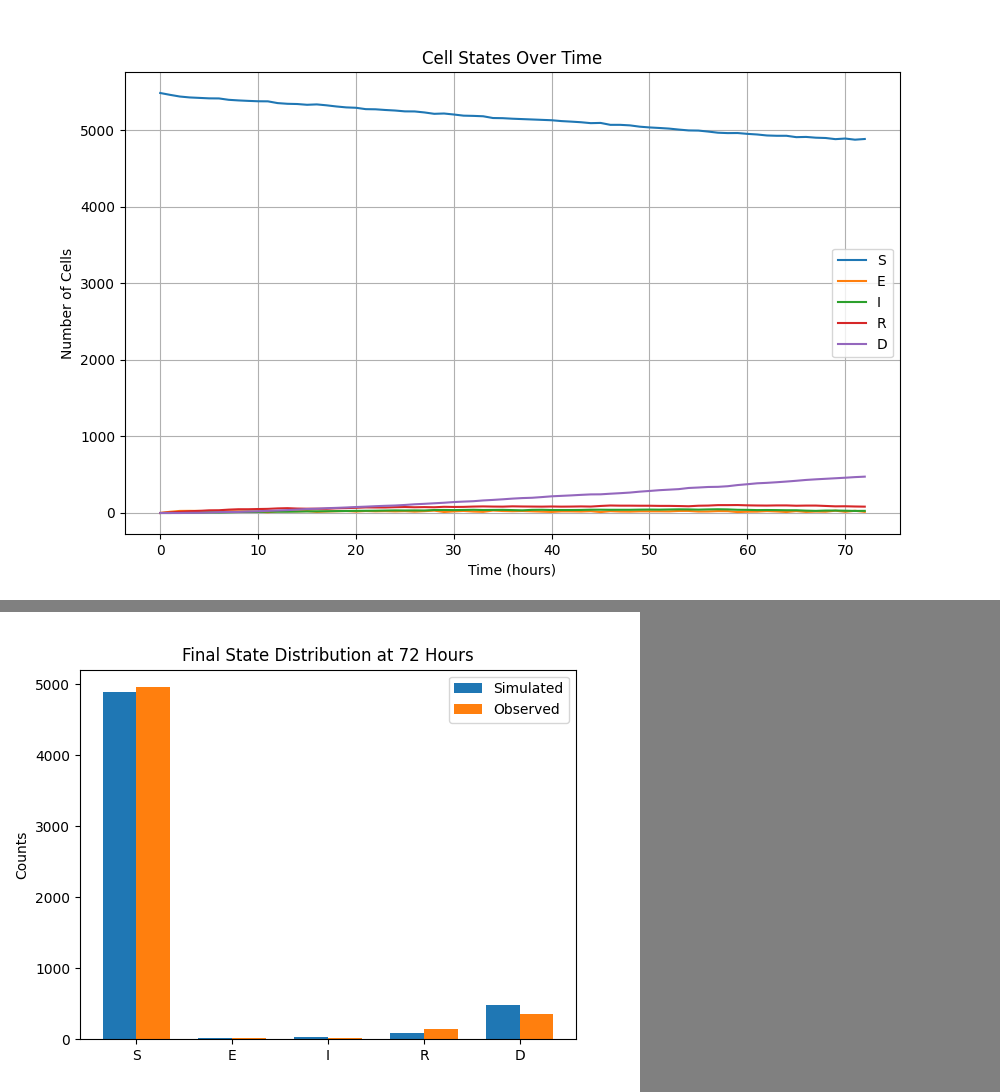
Repository: katherinewxu/iGEM_modeling
Script's output: python fshdmarkov.py
An editor plug-in stored every save of this project. The script's output is shown before and after a run of saves, followed by the edit.
Each picture stacks the figures in order, with grey between them; figures that are only written to a file come last. Random numbers start from a fixed seed.

Above is the script's output before, as saved 2024-08-16 07:52:41.

### fshdmarkov.py
import numpy as np
import matplotlib.pyplot as plt

# Initial and observed state distributions
initial_state_distribution = {"S": 5488, "E": 0, "I": 0, "R": 0, "D": 0}
observed_state_distribution_3days = {"S": 4956, "E": 14, "I": 13, "R": 150, "D": 355}

# Function to create transition probability matrix from rates
def create_transition_matrix(Δ, Dr, VD, d0, VT, TD):
    transition_probabilities_hourly = {
        "S": np.array([1 - (VD + Δ), VD, 0, Δ, 0]),
        "E": np.array([d0, 1 - (d0 + VT * TD + Δ), VT * TD + Δ, 0, 0]),
        "I": np.array([0, 0, 1 - (VD + Dr), 0, Dr]),
        "R": np.array([0, 0, VD, 1 - (VD + Dr), Dr]),
        "D": np.array([0, 0, 0, 0, 1.0])
    }
    return transition_probabilities_hourly

# Normalize non-zero probabilities
def normalize_probabilities(transition_probabilities):
    for key in transition_probabilities:
        total = transition_probabilities[key].sum()
        if total > 0:
            transition_probabilities[key] /= total  # Ensuring probabilities sum to 1
        else:
            transition_probabilities[key] = np.zeros_like(transition_probabilities[key])
    return transition_probabilities

# Function to check for invalid probabilities
def check_valid_probabilities(transition_probabilities):
    for state, probs in transition_probabilities.items():
        if not np.all(np.isfinite(probs)) or np.any(probs < 0) or np.any(probs > 1):
            print(f"Invalid probabilities detected for state {state}: {probs}")
            return False
    return True

# Function to simulate Markov model over time
def simulate_markov_model(transition_probabilities, initial_state_distribution, time_steps):
    state_distribution = initial_state_distribution.copy()
    states = list(initial_state_distribution.keys())
    history = [state_distribution.copy()]

    for _ in range(time_steps):
        new_distribution = {state: 0 for state in states}
        for state, count in state_distribution.items():
            if count > 0:
                probs = transition_probabilities[state]
                transitions = np.random.multinomial(count, probs)
                for i, next_state in enumerate(states):
                    new_distribution[next_state] += transitions[i]
        state_distribution = new_distribution.copy()
        history.append(state_distribution.copy())

    return history

# Sum of squared residuals (SSR) function
def SSR_Score(predicted_distribution, observed_distribution):
    score = sum((predicted_distribution[state] - observed_distribution[state]) ** 2 for state in predicted_distribution)
    return score

# Bayesian Optimization
def bayesian_optimization(transition_probabilities_func, initial_state_distribution, observed_distribution, iterations=10000):
    best_params = None
    best_score = float('inf')

    for _ in range(iterations):
        # Sample parameters randomly within some range
        Δ = np.random.uniform(0.001, 0.1)
        Dr = np.random.uniform(0.01, 0.1)
        VD = np.random.uniform(0.001, 0.01)
        d0 = np.random.uniform(0.1, 1.0)
        VT = np.random.uniform(1.0, 10.0)
        TD = np.random.uniform(0.01, 0.1)

        # Generate transition probabilities from sampled parameters
        transition_probabilities = transition_probabilities_func(Δ, Dr, VD, d0, VT, TD)
        transition_probabilities = normalize_probabilities(transition_probabilities)

        # Check if the transition probabilities are valid
        if not check_valid_probabilities(transition_probabilities):
            continue  # Skip this iteration if invalid probabilities are found

        # Simulate the model
        simulation_history = simulate_markov_model(transition_probabilities, initial_state_distribution, 72)  # 72 hours = 3 days
        final_distribution = simulation_history[-1]

        # Calculate score
        score = SSR_Score(final_distribution, observed_distribution)
        if score < best_score:
            best_score = score
            best_params = (Δ, Dr, VD, d0, VT, TD)

    return best_params

# Optimize the transition parameters using Bayesian Optimization
optimized_params = bayesian_optimization(create_transition_matrix, initial_state_distribution, observed_state_distribution_3days)

# Generate the optimized transition probabilities
optimized_transition_probabilities = create_transition_matrix(*optimized_params)
optimized_transition_probabilities = normalize_probabilities(optimized_transition_probabilities)

# Simulate the Markov model with optimized parameters
simulation_history = simulate_markov_model(optimized_transition_probabilities, initial_state_distribution, 72)

print("Optimized Parameters:")
print(f"Δ: {optimized_params[0]}")
print(f"Dr: {optimized_params[1]}")
print(f"VD: {optimized_params[2]}")
print(f"d0: {optimized_params[3]}")
print(f"VT: {optimized_params[4]}")
print(f"TD: {optimized_params[5]}")

# Plot the cell states over time
time_points = range(len(simulation_history))
states = list(simulation_history[0].keys())

plt.figure(figsize=(10, 6))

for state in states:
    state_counts = [distribution[state] for distribution in simulation_history]
    plt.plot(time_points, state_counts, label=state)

plt.xlabel('Time (hours)')
plt.ylabel('Number of Cells')
plt.title('Cell States Over Time')
plt.legend()
plt.grid(True)
plt.show()

# Validate the final state distribution with observed data at 72 hours (3 days)
final_distribution = simulation_history[-1]
observed_distribution = observed_state_distribution_3days

print("\nFinal simulated distribution vs. observed distribution (72 hours):")
for state in final_distribution:
    print(f"{state}: Simulated={final_distribution[state]}, Observed={observed_distribution[state]}")

# Plot the final distributions for comparison
states = list(final_distribution.keys())
simulated_counts = [final_distribution[state] for state in states]
observed_counts = [observed_distribution[state] for state in states]

x = np.arange(len(states))
width = 0.35

fig, ax = plt.subplots()
bars1 = ax.bar(x - width/2, simulated_counts, width, label='Simulated')
bars2 = ax.bar(x + width/2, observed_counts, width, label='Observed')

ax.set_ylabel('Counts')
ax.set_title('Final State Distribution at 72 Hours')
ax.set_xticks(x)
ax.set_xticklabels(states)
ax.legend()

plt.show()

After the next 2 saves:
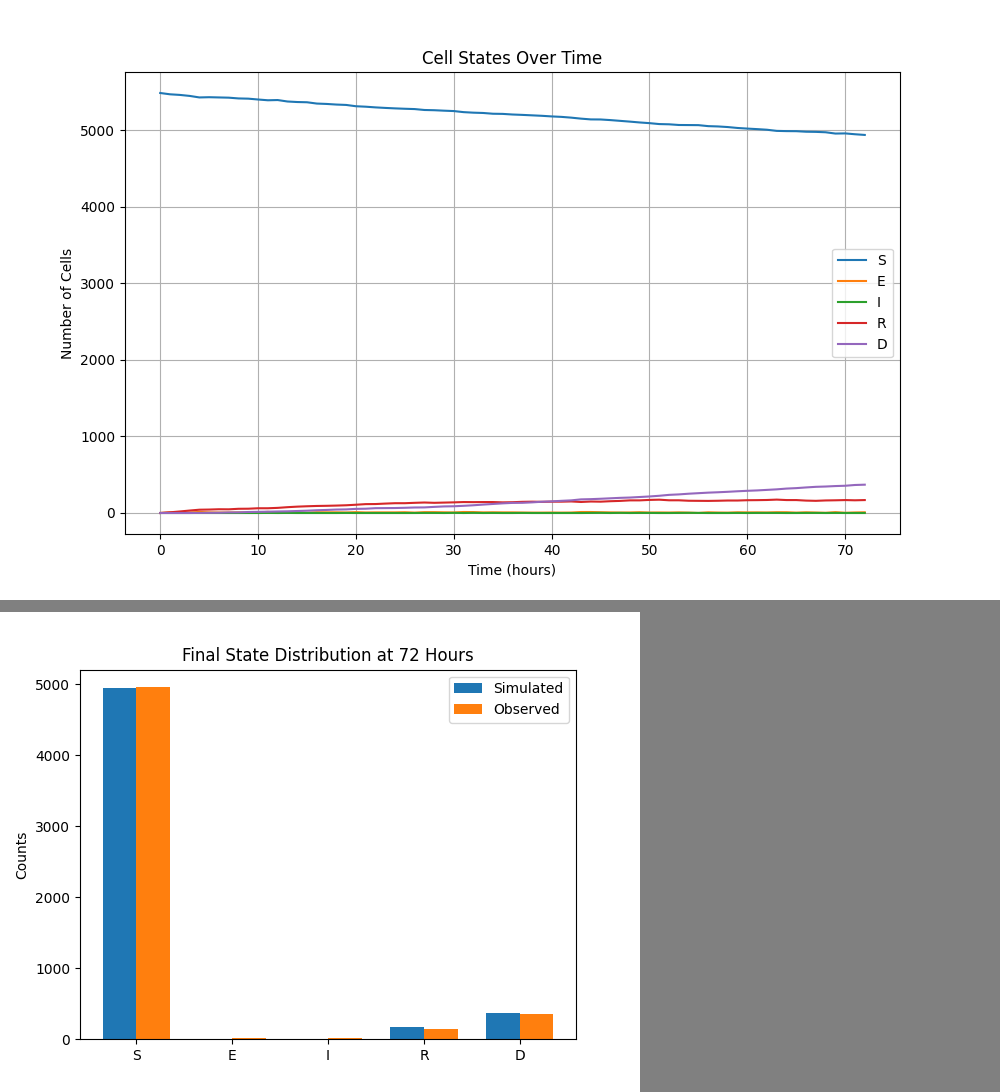
The 2 saves are shown as one change because they came seconds apart.
The last was saved 7 min 11 s later.
--- a/fshdmarkov.py
+++ b/fshdmarkov.py
@@ -10,7 +10,7 @@ def create_transition_matrix(Δ, Dr, VD, d0, VT, TD):
     transition_probabilities_hourly = {
         "S": np.array([1 - (VD + Δ), VD, 0, Δ, 0]),
         "E": np.array([d0, 1 - (d0 + VT * TD + Δ), VT * TD + Δ, 0, 0]),
-        "I": np.array([0, 0, 1 - (VD + Dr), 0, Dr]),
+        "I": np.array([0, 0, 1 - (d0 + Dr), 0, d0]),
         "R": np.array([0, 0, VD, 1 - (VD + Dr), Dr]),
         "D": np.array([0, 0, 0, 0, 1.0])
     }
